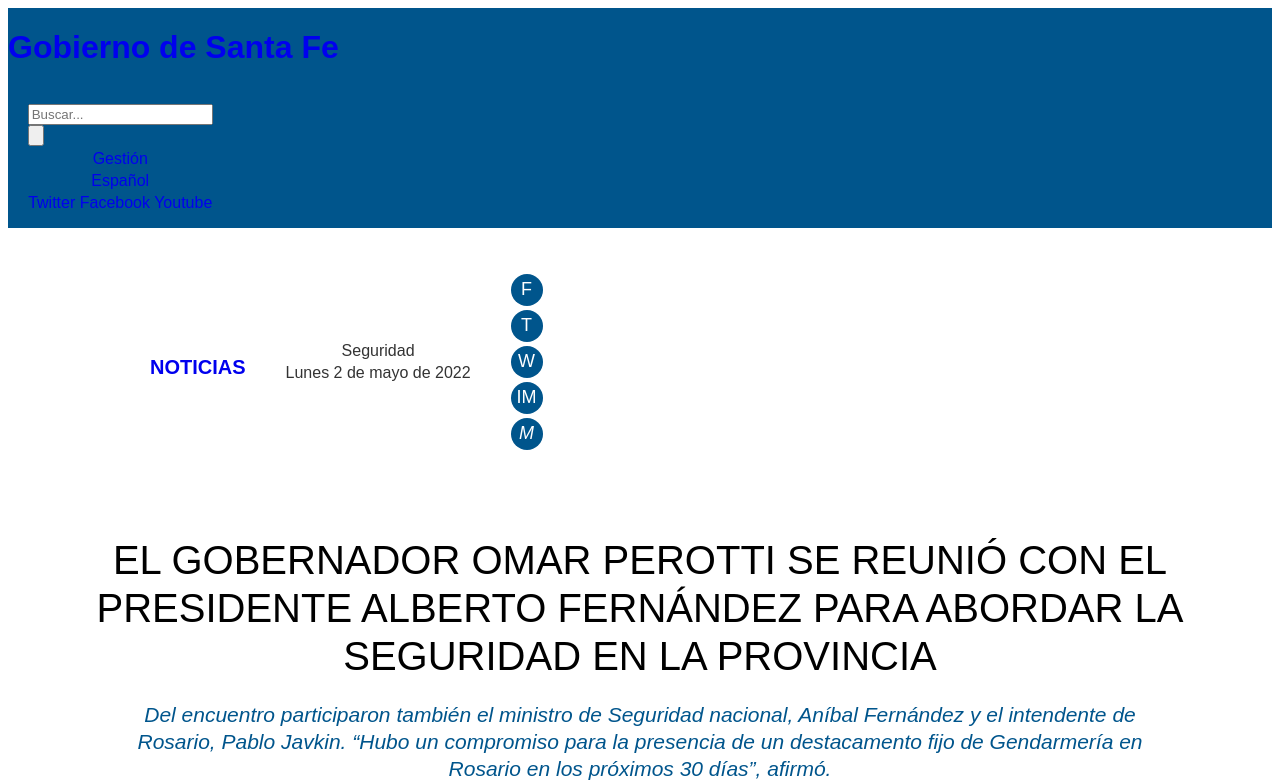
Repository: Larrowo/LPPA
Page: Clase 4/index.html
These files come from the project's save history. The page is drawn as it stood at one moment and after the next save; the edit follows.
The browser window is 1280 px wide. The pictures show the part of the page from y = 0 to 784 px (the page is 2875 px tall).
A picture or video elsewhere on the page could not be fetched, so the positions and the page height are approximate.

Above is the page before, as saved 2022-05-03 14:07:31.

### Clase 4/index.html
<!DOCTYPE html>
<html lang="en">
<head>
    <meta charset="UTF-8">
    <meta http-equiv="X-UA-Compatible" content="IE=edge">
    <meta name="viewport" content="width=device-width, initial-scale=1.0">
    <title>Document</title>
    <link rel="stylesheet" href="/style.css">
</head>
<body>
    <script>
        function alerta(){
            alert("No sirve este botón :(");
        }
    </script>
    <header id="site-header" class="">
        <div class="container">
            <h1 class="logo logo--sf-header"><a href="https://www.santafe.gob.ar/">Gobierno de Santa Fe</a></h1>
            <a href="#" class="btn-hamburger"><span></span></a>
            <nav class="nav-header">
                <ul class="menu-header">
                     <li class="search-header">
                        <a href="#" class="open-search"><i class="icon-search"></i></a>
                        <form action="/searchgoogle" class="search-form">
                              <input id="q" type="text" placeholder="Buscar..." class="input-search" name="q">
                              <input type="submit" class="submit-search" value="">
                        </form>
                    </li>
                    <!--/search-header-->
                    <li class="gestion dropdown">
                        <a href="#" class="btn-dropdown"><i class="icon-menu"></i><span>Gestión</span></a>
                        <div class="dropdown-menu">
                            <ul>
                                                    <li><a href="http://www.santafe.gob.ar/index.php/web/content/view/full/93661" target="_blank">La provincia</a></li>
                                                    <li><a href="http://www.santafe.gob.ar/index.php/web/content/view/full/93670" target="_blank">Organización del Estado</a></li>
                                                    <li><a href="http://www.santafe.gob.ar/index.php/web/content/view/full/93695" target="_blank">Personal del Estado</a></li>
                                                    <li><a href="http://www.santafe.gob.ar/index.php/web/content/view/full/121711" target="_blank">Educación</a></li>
                                                    <li><a href="http://www.santafe.gob.ar/index.php/web/content/view/full/93702" target="_blank">Cultura</a></li>
                                                    <li><a href="http://www.santafe.gob.ar/index.php/web/content/view/full/93747" target="_blank">Desarrollo Social</a></li>
                                                    <li><a href="http://www.santafe.gob.ar/index.php/web/content/view/full/93760" target="_blank">Trabajo</a></li>
                                                    <li><a href="http://www.santafe.gob.ar/index.php/web/content/view/full/93779" target="_blank">Economía</a></li>
                                                    <li><a href="http://www.santafe.gob.ar/index.php/web/content/view/full/93790" target="_blank">Producción, Ciencia y Tecnología</a></li>
                                                    <li><a href="http://www.santafe.gob.ar/index.php/web/content/view/full/93796" target="_blank">Salud</a></li>
                                                    <li><a href="http://www.santafe.gob.ar/index.php/web/content/view/full/93805" target="_blank">Gobierno, Justicia y Derechos Humanos</a></li>
                                                    <li><a href="http://www.santafe.gob.ar/index.php/web/content/view/full/93815" target="_blank">Seguridad</a></li>
                                                    <li><a href="http://www.santafe.gob.ar/index.php/web/content/view/full/93822" target="_blank">Infraestructura, Servicios Públicos y Hábitat</a></li>
                                                    <li><a href="http://www.santafe.gob.ar/index.php/web/content/view/full/102676" target="_blank">Ambiente y Cambio Climático</a></li>
                                                    <li><a href="http://www.santafe.gob.ar/index.php/web/content/view/full/102282" target="_blank">Impuestos</a></li>
                                                    <li><a href="http://www.santafe.gob.ar/index.php/web/content/view/full/102677" target="_blank">Jubilaciones y Pensiones</a></li>
                                                    <li><a href="http://www.santafe.gob.ar/index.php/web/content/view/full/234992" target="_blank">Pensiones Ley 5110</a></li>
                                                    <li><a href="http://www.santafe.gob.ar/index.php/web/content/view/full/211141" target="_blank">Gestión Pública</a></li>
                                                    <li><a href="http://www.santafe.gob.ar/index.php/web/content/view/full/235832" target="_blank">Igualdad, Género y Diversidad</a></li>
                                                    <li><a href="http://www.santafe.gob.ar/index.php/web/content/view/full/243158" target="_blank">Catastro</a></li>

                            </ul>
                        </div>
                    </li>
                    <!--/gestion-->

                    <li class="idioma dropdown">
                        <a href="#" class="btn-dropdown">Español</a>
                        <div class="dropdown-menu">
                        <ul>
                            <li><a href="/noticias/">Español</a></li>
                            <li><a href="/noticias/pt/">Portugues</a></li>
                            <li><a href="/noticias/en/">English</a></li>
                        </ul>
                        </div>
                    </li>
                    <!--/idioma-->

                    <li class="social-header">
                        <a href="http://www.twitter.com/GobSantaFe" target="_blank"><i class="icon-tw"></i>Twitter</a>
                        <a href="http://www.facebook.com/GobSantaFe" target="_blank"><i class="icon-fb"></i>Facebook</a>
                        <a href="http://www.youtube.com/GobSantaFe" target="_blank"><i class="icon-yt"></i>Youtube</a>
                    </li>
                    <!--/social-header-->
                </ul>
                <!--/menu-header-->
            </nav>
            <!--/nav-header-->
        </div>
        <!--/container-->
    </header>
    <div id="top-post" class="top-post-divider">
        <div class="container">
            <h2 class="title-page"><a href="https://www.santafe.gov.ar/noticias/">Noticias</a></h2>
            <ul class="article-data">
                <li><span class="article-categorie">Seguridad</span></li>
                <li><span class="article-time">Lunes 2 de mayo de 2022</span></li>
            </ul>
            <div class="social-share social-post">
                <ul>
                        <li>
                            <a href="#" onclick="window.open('https://www.facebook.com/sharer.php?u=http%3A%2F%2Fwww.santafe.gob.ar%2Fnoticias%2Fnoticia%2F274554&amp;display=popup&amp;ref=plugin&amp;src=like','facebook_share', 'height=325, width=580, toolbar=no, menubar=no, scrollbars=no, resizable=no, location=no, directories=no, status=no')"><i class="icon-fb-alt"></i>F</a>
                        </li>
                        <li>
                            <a href="https://twitter.com/intent/tweet?original_referer=http%3A%2F%2Fwww.santafe.gob.ar%2Fnoticias%2Fnoticia%2F274554%2F&amp;text=El gobernador Omar Perotti se reunió con el presidente Alberto Fernández para abordar la seguridad en la provincia&amp;via=gobsantafe&amp;url=http%3A%2F%2Fwww.santafe.gob.ar%2Fnoticias%2Fnoticia%2F274554%2F"><i class="icon-tw-alt"></i>T</a>
                        </li>
                        <li>
                            <a href="https://api.whatsapp.com/send?text=Mir%C3%A1%20esta%20noticia%20de%20la%20Provincia%20de%20Santa%20Fe:%20https://www.santafe.gob.ar/noticias/noticia/274554/" target="_blank"><i class="icon-whatsapp"></i>W</a>
                        </li>
                        <li>
                            <a href="#" onclick="alerta()"><i class="icon-print"></i>IM</a>
                        </li>
                        <li>
                            <a href="mailto:?subject=El gobernador Omar Perotti se reunió con el presidente Alberto Fernández para abordar la seguridad en la provincia&amp;body=https://www.santafe.gob.ar/noticias/noticia/274554/"><i class="icon-mail">M</i></a>
                        </li>
                </ul>
            </div>
        </div>
        <!--/container-->
    </div>
    <section id="header-post">
        <div class="container">
            <div class="box-header">
                <h2 class="title-post">El gobernador Omar Perotti se reunió con el presidente Alberto Fernández para abordar la seguridad en la provincia</h2>
                <p class="headline-post">Del encuentro participaron también el ministro de Seguridad nacional, Aníbal Fernández y el intendente de Rosario, Pablo Javkin. “Hubo un compromiso para la presencia de un destacamento fijo de Gendarmería en Rosario en los próximos 30 días”, afirmó.</p>
            </div>
            <div class="image-post">
                <img src="https://www.santafe.gov.ar/noticias/media/cache/thumb_no_full/recursos/fotos/2022/05/2022-05-02NID_274554O_1.jpeg" alt="">
                <!-- <div class="caption-image">
                    <p>El gobernador Omar Perotti se reunió con el presidente Alberto Fernández para abordar la seguridad en la provincia.</p>
                </div>	 -->
            </div>
            <!--/image-post-->
        </div>
        <!--/container-->
    </section>
    <div id="content-post">

        <div class="container">
            <div class="social-share social-fixed">
                <div class="inner-wrapper-sticky" style="position: relative;">
                    <ul>
                            <li>
                                        <a href="#" onclick="window.open('https://www.facebook.com/sharer.php?u=http%3A%2F%2Fwww.santafe.gob.ar%2Fnoticias%2Fnoticia%2F274554&amp;display=popup&amp;ref=plugin&amp;src=like','facebook_share', 'height=325, width=580, toolbar=no, menubar=no, scrollbars=no, resizable=no, location=no, directories=no, status=no')"><i class="icon-fb-alt"></i>F</a>
                            </li>
                            <li>
                                        <a href="https://twitter.com/intent/tweet?original_referer=http%3A%2F%2Fwww.santafe.gob.ar%2Fnoticias%2Fnoticia%2F274554%2F&amp;text=El gobernador Omar Perotti se reunió con el presidente Alberto Fernández para abordar la seguridad en la provincia&amp;via=gobsantafe&amp;url=http%3A%2F%2Fwww.santafe.gob.ar%2Fnoticias%2Fnoticia%2F274554%2F"><i class="icon-tw-alt"></i>T</a>
                            </li>
                            <li>
                                        <a href="https://api.whatsapp.com/send?text=Mir%C3%A1%20esta%20noticia%20de%20la%20Provincia%20de%20Santa%20Fe:%20https://www.santafe.gob.ar/noticias/noticia/274554/" target="_blank"><i class="icon-whatsapp"></i>W</a>
                            </li>
                            <li>
                                        <a href="#" onclick="alerta()"><i class="icon-print"></i>IM</a>
                            </li>
                            <li>
                                        <a href="mailto:?subject=El gobernador Omar Perotti se reunió con el presidente Alberto Fernández para abordar la seguridad en la provincia&amp;body=https://www.santafe.gob.ar/noticias/noticia/274554/"><i class="icon-mail"></i>M</a>
                            </li>
                    </ul>
                </div>
            </div>
        </div>
        <!--/container-->

        <div class="entry">
            <p>
                        El gobernador de Santa Fe, Omar Perotti, se reunió este lunes por la tarde con el presidente de la Nación, Alberto Fernández en Casa Rosada, para abordar diversas cuestiones relacionadas a la seguridad en la provincia.</p>

    <p>Tras el encuentro, del que formaron parte también el ministro de Seguridad de la Nación, Aníbal Fernández, y el intendente de Rosario, Pablo Javkin, Perotti afirmó: “La provincia de Santa Fe siente la necesidad de coordinar la presencia de más fuerzas federales en territorio, una acción de la justicia federal más sólida y tener acompañamiento en terrenos de trabajo que el gobierno nacional tiene para aportar en el mejoramiento de muchos de los sectores y barrios donde están las zonas más difíciles del delito”.</p>

    <p>“Estos temas no son nuevos – agregó el gobernador-&nbsp; porque el presidente ha marcado un compromiso para afrontar la situación, definiendo que la Argentina no puede permitir que estos hechos de violencia pasen en su territorio. Y esa definición nos parece central”.</p>

    <p>Asimismo, Perotti aseguró que “no tenemos como provincia la magnitud para enfrentar lo que está ocurriendo en nuestro territorio y necesitamos que todos los argentinos comprendan esa prioridad de presencia en la ciudad de Rosario y Santa Fe”. Y al respecto sumó que “ha habido el compromiso de la presencia de un destacamento fijo de Gendarmería en la ciudad de Rosario que será puesto en marcha en los próximos 30 días con un comandante a cargo de todas las operaciones en el territorio y con los primeros 300 gendarmes para integrar ese equipo”.</p>

    <p>Respecto a ello, el mandatario santafesino consideró “clave para trabajar de la mejor manera con las fuerzas provinciales y en coordinación con el Municipio en la mesa territorial de seguridad desplegada desde el inicio de la gestión”.</p>

    <p><strong>TRABAJO ENTRE NACIÓN, PROVINCIA Y MUNICIPIOS SIN GRIETAS </strong></p>

    <p>Más adelante, el gobernador santafesino aseguró que “son muchos años, mucha acumulación de tiempo y de situaciones que entendemos y queremos abordar de manera diferente”. Y en el mismo sentido, reconoció que “las distintas fuerzas políticas, entidades de la producción, del trabajo, las organizaciones sociales, las parroquias, los pastores, las iglesias, todos están con una preocupación y con un deseo de trabajar de forma conjunta para bajar los niveles de violencia, y en eso, la decisión de que estemos acá, los dos juntos, no es una instancia excepcional, todo lo contrario, así trabajamos en la provincia de Santa Fe, junto a cada intendente, y donde queremos que cada uno de los municipios tenga una creciente participación en la política de seguridad ciudadana”.</p>

    <p>“El trabajo entre Nación, Provincia y Municipios no tiene que tener grietas – aseguró Perotti. Los tiempos y los compromisos a cumplir serán claves con la llegada de un comandante para ayudar a coordinar las fuerzas federales y hacer mucho más operativos y procedimientos. Pero necesitamos trasladarle al resto de la ciudadanía la necesidad de que hay un acompañamiento permanente, que no es aislado, que no es esporádico, que ese destacamento de la Gendarmería es algo efectivo que pueden verlo todos, que está radicado y que está en marcha”.</p>

    <p><strong>REFORZAR LA JUSTICIA FEDERAL</strong></p>

    <p>Asimismo, Perotti manifestó que “el presidente asumió el compromiso de tomar un proyecto común de refuerzo y creación de juzgados y fiscalías de la Justicia Federal para Santa Fe. Existe un proyecto común que diputados de la provincia están trabajando y está el compromiso del presidente para que ese proyecto pueda ser enviado a la Cámara para su tratamiento, siendo específico para reforzar la Justicia Federal en nuestra provincia”.</p>

    <p>“Es una necesidad de todo Santa Fe pero también de todos los argentinos porque no queremos que lo que pasa en nuestra provincia se expanda a otras provincias”, subrayó el gobernador y sumó que “la Nación entiende la prioridad reforzar la Justicia por lo que está viviendo en la coyuntura y no quiere que se expanda al resto del país; y en esto se necesita de todas las fuerzas políticas para acompañar esa nueva realidad de una Justicia Federal con mucha más presencia”.</p>

    <p><strong>PASO FUNDAMENTAL</strong></p>

    <p>Por su parte, Javkin manifestó que además abordaron “la situación carcelaria. Gran parte de los hechos, más del 90%, tiene que ver con una organización desde personas que están cumpliendo condenas, lo que resulta una situación que claramente merece una respuesta”.</p>

    <p>Además, refirió que trataron “acelerar los procesos de urbanización porque cambiar el tejido de las ciudades hace a la seguridad ciudadana pero fundamentalmente tener una autoridad con quien coordinar donde y como se despliegan esas fuerzas federales que hoy tenemos en territorio. Creo que la necesidad de un comando unificado qué se resolvería dentro de esta semana es un paso fundamental y es lo que hemos planteado también en concreto hoy”.</p>

    <p>Por último, señaló: “Siempre en estas situaciones hay más expectativas por los resultados efectivos, pero hubo puntos muy directos: la designación de un comandante; el establecimiento en este nuevo plazo del destacamento; la ley que podría generar designaciones de juzgados federales; la situación del sistema carcelario de presos federales en la provincia y los procesos de urbanización de barrios, fueron los cinco puntos estratégicos”, concluyó.</p>

    <p></p>

    <p></p>

        </div>
        <!--entry-->

    </div>
</body>
</html>

### Clase 4/style.css
body {
  background-color: #fff;
  font-family: "Poppins", sans-serif;
  color: #333;
}

ul {
  display: flex;
  align-items: center;
  justify-content: center;
  list-style: none;
  flex-direction: column;
  gap: 0.25rem;
}

a {
  text-decoration: none;
}

li {
  text-decoration: none;
}

strong {
  margin: 0;
  padding: 0;
  border: 0;
  outline: 0;
  font-size: 100%;
  vertical-align: baseline;
  background: transparent;
}

p,
h2 {
  display: block;
  margin-block-start: 1em;
  margin-block-end: 1em;
  margin-inline-start: 0px;
  margin-inline-end: 0px;
}

h2 {
  font-size: 20px;
  text-transform: uppercase;
  font-weight: 700;
  margin-bottom: 10px;
  line-height: 120%;
  color: #000;
}

#top-post.top-post-divider .container {
  position: relative;
  max-width: 980px;
  margin-left: auto;
  margin-right: auto;
}



 #top-post .container{
  padding-top: 30px;
  padding-bottom: 30px;
  display: flex;
  -webkit-box-align: center;
  -ms-flex-align: center;
  align-items: center;
}

#site-header {
  display: flex;
  align-items: baseline;
  gap: 1rem;
  font-family: "Poppins", sans-serif;
  background-color: #00558c;
}

#site-header .nav-header {
  width: calc(100% - 126px);
  z-index: 2;
  -webkit-box-shadow: none;
  box-shadow: none;
  height: auto;
  background: transparent;
  position: static;
  display: flex;
  -webkit-box-pack: end;
  -ms-flex-pack: end;
  justify-content: flex-end;
}

#header-post {
  font-family: "Poppins", sans-serif;
  font-size: 40px;
  text-align: center;
  padding-bottom: 50px;
}

#header-post .title-post {
  font-size: 40px;
  margin-bottom: 20px;
  text-align: center;
  font-weight: 300;
  text-transform: uppercase;
  line-height: 120%;
  color: #000;
}

#header-post .headline-post {
  font-size: 21px;
  line-height: 130%;
  padding: 0 100px;
  color: #00558c;
  font-weight: 300;
  font-style: italic;
}

#content-post {
  display: flex;
  justify-content: center;
}

.entry {
  text-align: left;
}

.entry p {
  color: #333333;
  width: 100%;
  max-width: 980px;
  margin: 0 auto 20px auto;
  font-weight: 300;
  font-size: 18px;
  line-height: 150%;
  padding: 0 100px;
  font-family: "Poppins", sans-serif;
}

.social-share ul li a {
  pointer-events: all;
  display: flex;
  -webkit-box-align: center;
  -ms-flex-align: center;
  align-items: center;
  -webkit-box-pack: center;
  -ms-flex-pack: center;
  justify-content: center;
  width: 32px;
  height: 32px;
  border-radius: 50%;
  background-color: #00558c;
  color: #fff;
  font-size: 18px;
  -webkit-transition: all 0.2s ease;
  -o-transition: all 0.2s ease;
  transition: all 0.2s ease;
}

.inner-wrapper-sticky {
  position: sticky;
}

/* Dropdown menu configuracion */

.gestion.dropdown {
  position: relative;
}

.dropdown-menu a {
  color: white;
}

.dropdown-menu {
  position: absolute;
  padding: 0.75rem;
  border-radius: 0.25rem;
  box-shadow: 0 1px 5px rgb(0 0 0 / 20%);
  opacity: 0;
  transform: translateY(-10px);
  transition: opacity 150ms ease-in-out, transform 150ms ease-in-out;
  pointer-events: none;
  background-color: black;
}

.gestion.dropdown > .btn-dropdown:focus + .dropdown-menu {
  opacity: 1;
  transform: translateY(0);
  pointer-events: auto;
}

.idioma.dropdown > .btn-dropdown:focus + .dropdown-menu {
  opacity: 1;
  transform: translateY(0);
  pointer-events: auto;
}

After the next save:
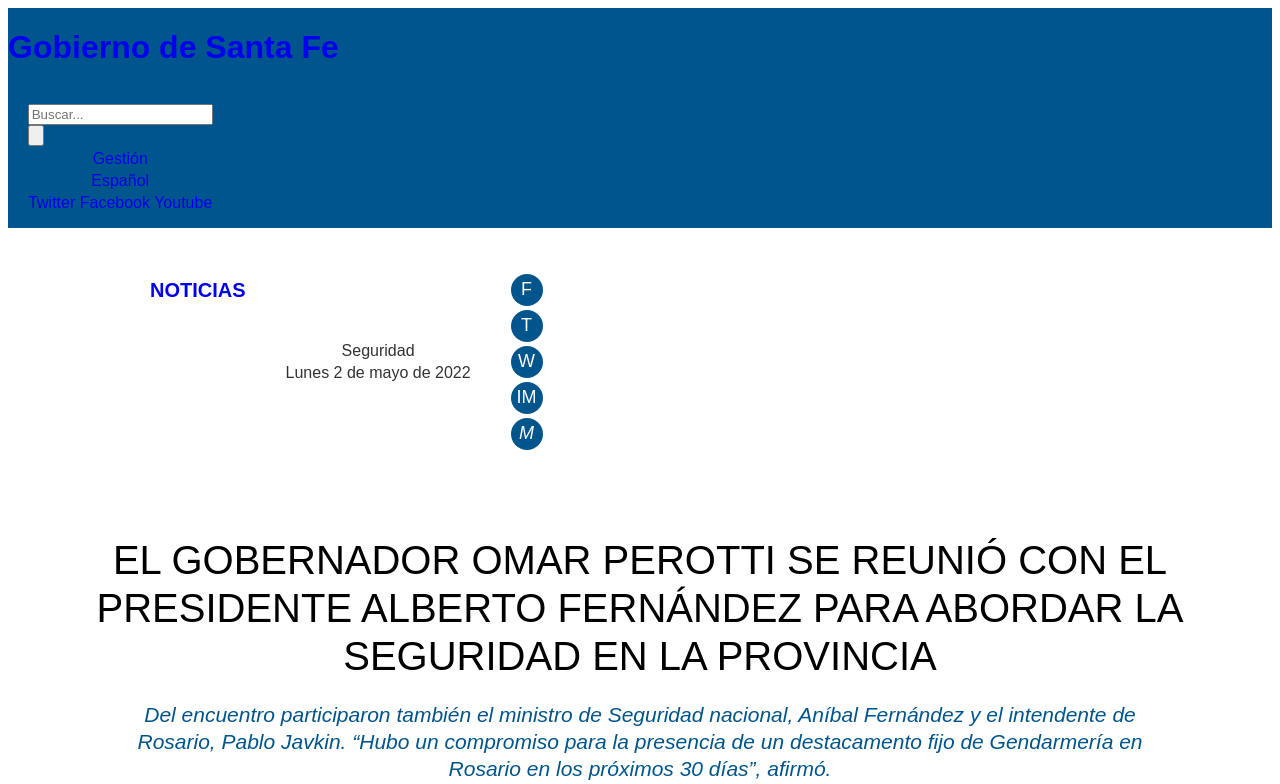
Saved 5 min 14 s later.
--- a/Clase 4/style.css
+++ b/Clase 4/style.css
@@ -64,7 +64,7 @@
   display: flex;
   -webkit-box-align: center;
   -ms-flex-align: center;
-  align-items: center;
+  align-items: right;
 }
 
 #site-header {

After the save that followed:
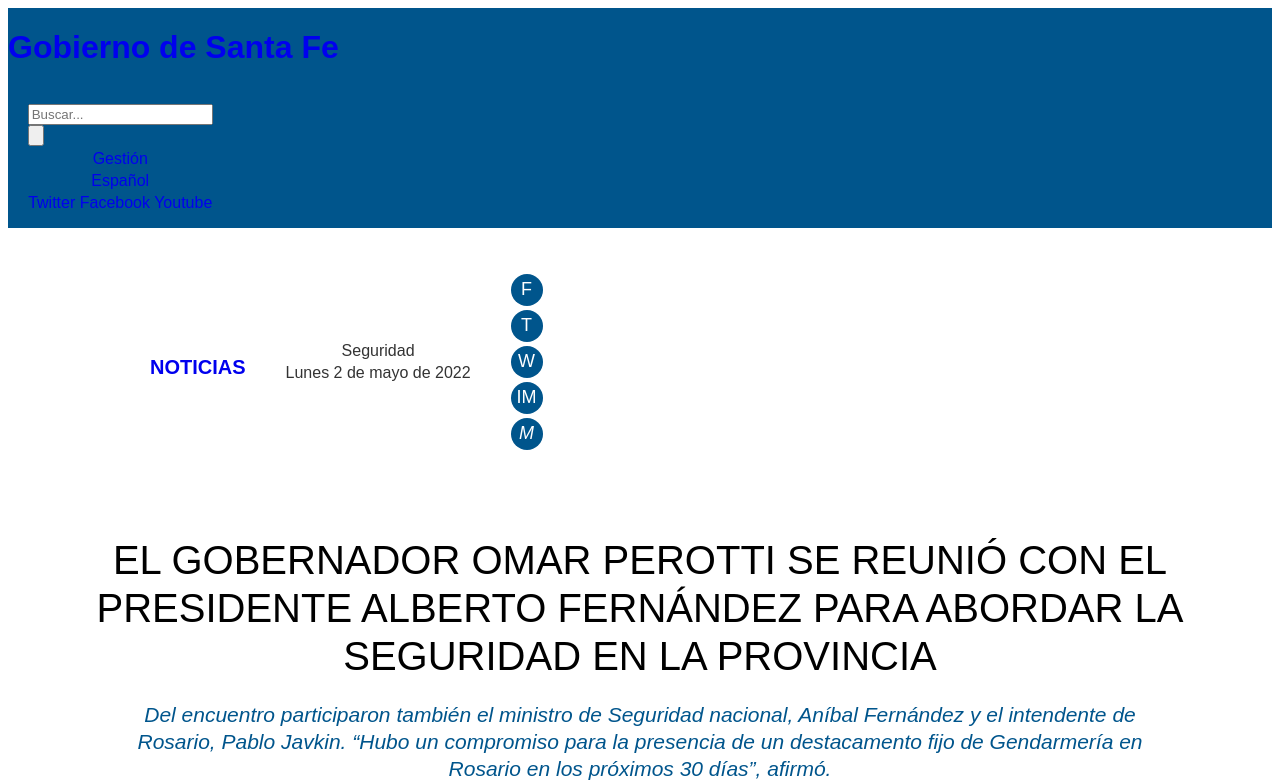
Saved 4 s later.
--- a/Clase 4/style.css
+++ b/Clase 4/style.css
@@ -64,7 +64,7 @@
   display: flex;
   -webkit-box-align: center;
   -ms-flex-align: center;
-  align-items: right;
+  align-items: center;
 }
 
 #site-header {
